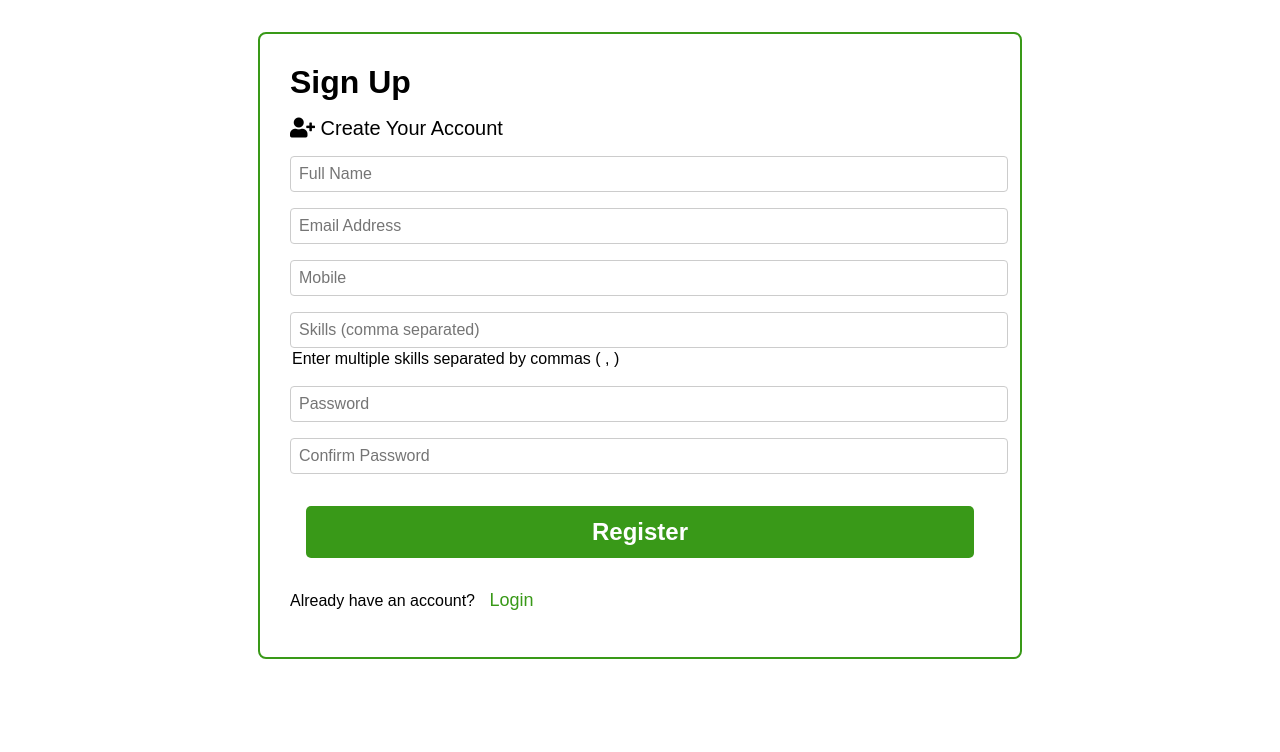
Repository: sayyad-mukthumsa-123/DevMania
Page: /register (app in frontend/)
The author's editor kept a copy of each file at every save. The page is drawn from the files as they stood at one save, then again after the next save.
The browser window is 1280 px wide. The pictures show the whole page.
The project was rebuilt for these pictures with package versions that can differ from the ones it lists, and the page was loaded fresh each time. Also part of the build but not shown: frontend/src/pages/Home.js, frontend/src/pages/login.js, frontend/src/pages/Allprofiles.js, frontend/src/pages/MyProfile.js, frontend/src/pages/Indprofile.js.

Above is the page before, as saved 2025-02-28 23:51:45.

### frontend/public/index.html
<!-- public/index.html -->
<!DOCTYPE html>
<html lang="en">
<head>
  <meta charset="UTF-8">
  <meta name="viewport" content="width=device-width, initial-scale=1.0">
  <title>Developers Hub</title>
  <link rel="stylesheet" href="https://cdnjs.cloudflare.com/ajax/libs/font-awesome/5.15.3/css/all.min.css">
</head>
<body>
  <div id="root"></div>
</body>
</html>

### frontend/src/App.js
import React from 'react'
import {BrowserRouter,Route,Routes} from 'react-router-dom'
import Home from './pages/Home'
import Login from './pages/login'
import Register from './pages/register'
import Allprofiles from './pages/Allprofiles'
import MyProfile from './pages/MyProfile'
import Indprofile from './pages/Indprofile'

const App = () => {
  return (
    <div>

      <BrowserRouter>
      <Routes>
        <Route path='/' exact Component={Home}/>
        <Route path='/login' exact Component={Login}/>
        <Route path='/register' exact Component={Register}/>
        <Route path='/allprofiles' exact Component={Allprofiles}/>
        <Route path='/myprofile' exact Component={MyProfile}/>
        <Route path='/indprofile/:fullname/:email/:skill/:id' exact Component={Indprofile}/>
      </Routes>
      </BrowserRouter>
    </div>
  )
}

export default App

### frontend/src/pages/register.js
import React, { useState } from 'react';
import { Link, useNavigate } from 'react-router-dom';
import axios from 'axios';
import '../styles/styles.css';

const Register = () => {
    const [formData, setFormData] = useState({
        fullname: '',
        email: '',
        mobile: '',
        skill: '',
        password: '',
        confirmPassword: ''
    });

    const navigate = useNavigate();

    const handleChange = e => {
        setFormData({ ...formData, [e.target.name]: e.target.value });
    };

    const handleSubmit = async e => {
        e.preventDefault();

        if (formData.password !== formData.confirmPassword) {
            alert("Passwords do not match");
            return;
        }

        try {
            const response = await axios.post('http://localhost:5000/register', formData, {
                headers: {
                    'Content-Type': 'application/json',
                }
            });

            if (response.status === 200) {
                console.log('Success:', response.data);
                alert('Registration successful! Please log in.');
                navigate('/login');
            } else {
                console.error('Error:', response.statusText);
            }
        } catch (error) {
            console.error('Error:', error);
        }
    };

    return (
        <div>
            <section className="container">
                <h1 className='large'>Sign Up</h1>
                <p className='lead'><i className="fas fa-user-plus"></i> Create Your Account</p>
                <form className='form' onSubmit={handleSubmit} autoComplete='off'>
                    <div className='form-group'>
                        <input
                            type='text'
                            placeholder='Full Name'
                            name="fullname"
                            value={formData.fullname}
                            onChange={handleChange}
                            required
                        />
                    </div>
                    <div className='form-group'>
                        <input
                            type='email'
                            placeholder='Email Address'
                            name="email"
                            value={formData.email}
                            onChange={handleChange}
                            required
                        />
                    </div>
                    <div className='form-group'>
                        <input
                            type='text'
                            placeholder='Mobile'
                            name="mobile"
                            value={formData.mobile}
                            onChange={handleChange}
                            required
                        />
                    </div>
                    <div className='form-group'>
                        <input
                            type='text'
                            placeholder='Skills (comma separated)'
                            name="skill"
                            value={formData.skill}
                            onChange={handleChange}
                            required
                        />
                        <p className='form-text'>Enter multiple skills separated by commas ( , )</p>
                    </div>
                    <div className='form-group'>
                        <input
                            type='password'
                            placeholder='Password'
                            name="password"
                            value={formData.password}
                            onChange={handleChange}
                            minLength='6'
                            required
                        />
                    </div>
                    <div className='form-group'>
                        <input
                            type='password'
                            placeholder='Confirm Password'
                            name="confirmPassword"
                            value={formData.confirmPassword}
                            onChange={handleChange}
                            minLength='6'
                            required
                        />
                    </div>
                    <input type='submit' className='btn' value="Register" />
                </form>
                <p className="text">
                    Already have an account? <Link to="/login" className='link-auth'>Login</Link>
                </p>
            </section>
        </div>
    );
}

export default Register;

### frontend/src/styles/styles.css
/* General reset */
body, html {
  margin: 0;
  padding: 0;
  font-family: Arial, sans-serif;
  width: 100%;
  min-height: 100vh;

}

/* Navbar styles */
.navbar {
  display: flex;
  justify-content: space-between;
  align-items: center;
  padding: 4px;
  font-size: x-large;
  background-color: #22580f
}

.navbar h1 a {
  color: #ffffff;
  text-decoration: none;
}

.navbar ul {
  list-style: none;
  display: flex;
  margin: 0;
  padding: 10px;
  font-size: larger;
}
.navbar ul li
{
  padding: 10px;
  transition: all 0.3s ease;
}
.navbar ul li:hover
{
  transform: scale(1.2);
}
.navbar ul li {
  margin-left: 1rem;
}

.navbar ul li a {
  color: #ffffff;
  text-decoration: none;
}

/* Landing page styles */
/* .landing {
  height: 100%;
  display: flex;
  align-items: center;
  justify-content: center;
  color: black;
  position: relative;
}

.dark-overlay {
  position: absolute;
  top: 0;
  left: 0;
  right: 0;
  bottom: 0;
}

.landing-inner {
  text-align: center;
  z-index: 2;
  position: relative;
}

.x-large {
  font-size: 4rem;
}

.lead {
  font-size: 1.5rem;
  margin-bottom: 2rem;
  color: black;
}

.buttons .btn ,.btn{
  margin: 3rem 2rem;
  padding: 0.75rem 1.25rem;
  border: none;
  border-radius: 5px;
  cursor: pointer;
  text-decoration: none;
  font-size: x-large;
  background-color:#399918 ;
  color: #ffffff;
}


.btn-auth {
  transition: all 0.3s ease;
}
.btn-auth:hover
{
  transform: scale(1.1);
} */

.landing {
  height: 100vh;
  display: flex;
  align-items: center;
  justify-content: center;
  color: white;
  position: relative;
  background: url('../images/home.png') no-repeat center center/cover;
  text-align: center;
  flex-direction: column;
}

.dark-overlay {
  position: absolute;
  top: 0;
  left: 0;
  right: 0;
  bottom: 0;
  background: rgba(0, 0, 0, 0.6); /* Adds a dark overlay for better text visibility */
  display: flex;
  flex-direction: column;
  justify-content: center;
  align-items: center;
}

.landing-inner {
  text-align: center;
  z-index: 2;
  position: relative;
  padding: 2rem;
  max-width: 800px;
}

.x-large {
  font-size: 4rem;
  font-weight: bold;
}

.lead {
  font-size: 1.5rem;
  margin-bottom: 2rem;
}

.buttons {
  display: flex;
  justify-content: center;
  gap: 1.5rem;
}

.btn, .btn-auth {
  margin: 1rem;
  padding: 0.75rem 1.5rem;
  border: none;
  border-radius: 8px;
  cursor: pointer;
  text-decoration: none;
  font-size: 1.25rem;
  font-weight: bold;
  background-color: #399918;
  color: #ffffff;
  transition: all 0.3s ease;
}

.btn-auth:hover {
  transform: scale(1.1);
  background-color: #2e7d12;
}

/* Ensure Navbar stays at the top */
.navbar {
  position: absolute;
  top: 0;
  left: 0;
  width: 100%;
  z-index: 3;
}


/* Container styles */
.container {
  width: 700px;
  margin: 2rem auto;
  padding: 30px;
  border: 2px solid #399918;
  color: black;
  border-radius: 8px;
  position: relative; /* To ensure proper z-index handling */
  z-index: 1; /* Ensures the container is above any background effects */
}

/* Form styles */
.form {


  display: flex;
  flex-direction: column;
}

.form-group {
  margin-bottom: 1.5rem;
}

.form-text
{
  margin: 2px !important;
}
.form-group input {
  width: 50%;
  padding: 0.75rem;
  font-size: 1rem;
  border: 1px solid black;
  border-radius: 5px;
  transition: border-color 0.3s ease-in-out, box-shadow 0.3s ease-in-out;
}

.form-group input:focus {
  border-color: #f6f7f9;
  box-shadow: 0 0 8px rgba(0, 123, 255, 0.3);
  outline: none;
}

.btn {
  display: inline-block;
  padding: 0.75rem 1.5rem;
  border: none;
  border-radius: 5px;
  cursor: pointer;
  text-decoration: none;
  font-size: 1.5rem;
  text-align: center;
}

/* .btn-primary {
  background-color: #007bff;
  color: #ffffff;
}

.btn-primary:hover {
  background-color: #0056b3;
  opacity: 0.9;
} */

/* .text-primary {
  color: #f6f8fb;
} */

.large {
  margin: 0 !important;
  font-size: 2rem;
  margin-bottom: 1rem;
}

.lead {
  font-size: 1.25rem;
  margin-bottom: 1rem;
}

.error {
  color: red;
  margin-top: 1rem;
}

p {
  margin-top: 1rem;
}
.link-auth{
  color:#399918;
  text-decoration: none;
  cursor: pointer;
  padding-left:10px ;
  transition: all 0.3s ease;
  display: inline-block;
  font-size: large;
}
.link-auth:hover
{
  transform: scale(1.3);
}
/* Profiles styles */
.profiles {
  display: flex;
  flex-direction: column;
  gap: 1rem;
}

.profile {
  background-color: #f4f4f4;
  padding: 1rem;
  display: flex;
  align-items: center;
  border: 1px solid #ccc;
  box-shadow: 0 4px 8px rgba(0, 0, 0, 0.1);
  border-radius: 5px;
  margin-bottom: 1rem;
}

.profile .round-img {
  width: 100px;
  border-radius: 50%;
  margin-right: 1rem;
}

.profile-info {
  flex: 1;
}

.profile-info h2 {
  margin: 0 0 0.5rem 0;
}

.profile-info p {
  margin: 0.5rem 0;
}

.profile-info .btn {
  display: inline-block;
  background-color:#399918;
  color: #fff;
  padding: 0.5rem 1rem;
  text-decoration: none;
  border-radius: 0.25rem;
  margin-top: 0.5rem;
  transition: all 0.3s ease;
}

.profile-info .btn:hover {
  transform: scale(1.1);
  background-color:#399918;
}

.profile-skills {
  list-style: none;
  padding: 0;
  display: flex;
  flex-direction: column;
  gap: 0.5rem;
  margin-left: 1rem;
  color: black;
}

.profile-skills li {
  display: flex;
  align-items: center;
  color:greenyellow;
}

.profile-skills li i {
  margin-right: 0.5rem;
}

/* GitHub Section */
.profile-github {
  margin-top: 1rem;
}

.profile-github h2 {
  margin-bottom: 1rem;
}

.repo {
  background: #fff;
  padding: 1rem;
  margin-bottom: 1rem;
  border: 1px solid #ccc;
}

.repo h4 {
  margin: 0.5rem 0;
}

.repo p {
  margin: 0.5rem 0;
}

/* Form */
.form {
  margin-top: 1rem;
}

.form-group {
  margin-bottom: 1rem;
}

.form-group input {
  width: 100%;
  padding: 0.5rem;
  border: 1px solid #ccc;
  border-radius: 0.25rem;
}

.form-group input:focus {
  border-color: #007bff;
  outline: none;
}

/* .btn-primary {
  background: #007bff;
  color: #fff;
  border: none;
  padding: 0.5rem 1rem;
  cursor: pointer;
}

.btn-primary:hover {
  background: #0056b3;
} */

/* Profile Grid */
.profile-grid {
  display: grid;
  grid-template-columns: 1fr;
  grid-gap: 1rem;
  margin-top: 1rem;
}

.profile-top {
  background: #0a0a0a;
  color: #fff;
  padding: 1rem;
  text-align: center;
}

.profile-top img {
  width: 150px;
  border-radius: 50%;
}

.profile-top h1 {
  margin: 0.5rem 0;
}

.profile-top p {
  margin: 0.5rem 0;
}
a{
  color:aqua
}
 .white-text {
  color: black;
}
 .skill-text {
  /* background-color: #5e585c16;  */
  color: #c51414;
  padding: 10px 15px;
  border-radius: 5px;
  display: flex;
  align-items: center;
  font-size: 16px;
  margin-top: 2px;
  /* box-shadow: 0 2px 4px rgba(0, 0, 0, 0.1);  */
}


.skill-text i {
  color: #28a745;
  margin-right: 30px;
}
.taskprovider
{
  color:#28a745;
  text-decoration: none;
  font-size: xx-large;
}

Loaded but not shown: frontend/src/index.js (common file); frontend/src/index.css (common file); frontend/src/reportWebVitals.js (common file)

After the next save:
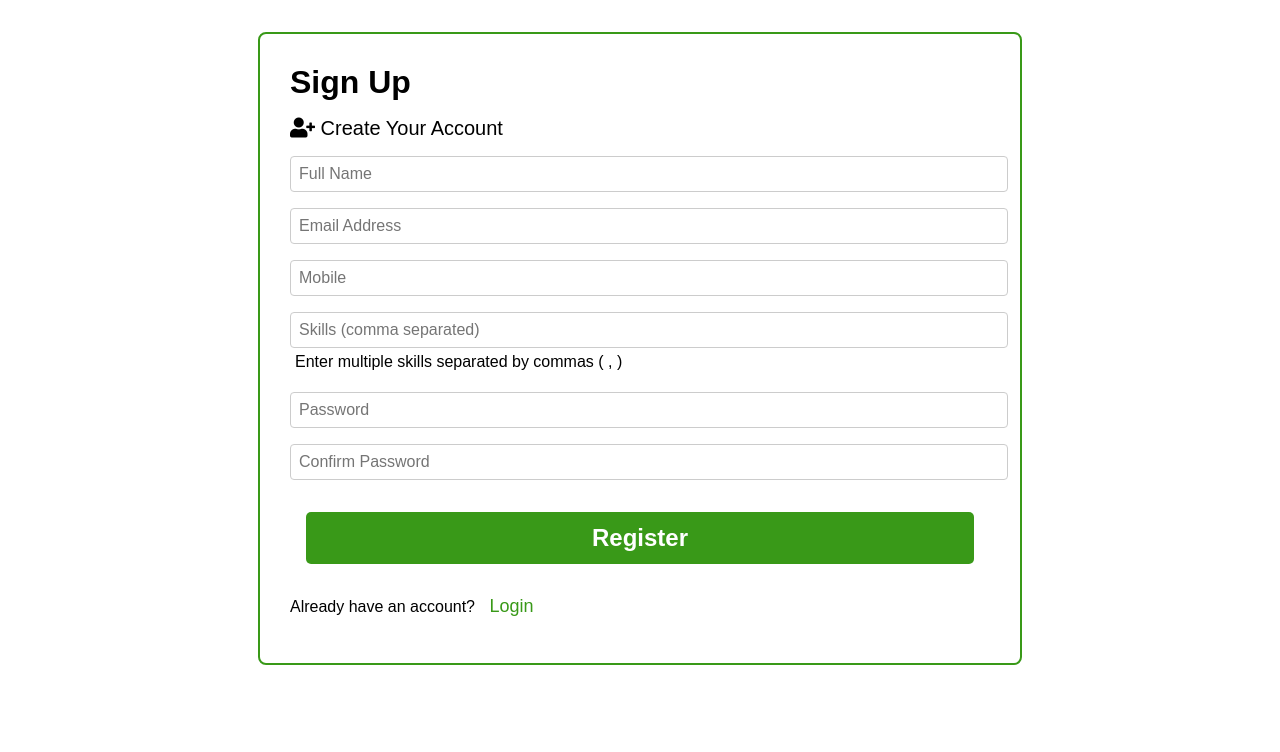
Saved 5 s later.
--- a/frontend/src/styles/styles.css
+++ b/frontend/src/styles/styles.css
@@ -207,7 +207,7 @@ body, html {
 
 .form-text
 {
-  margin: 2px !important;
+  margin:5px !important;
 }
 .form-group input {
   width: 50%;
